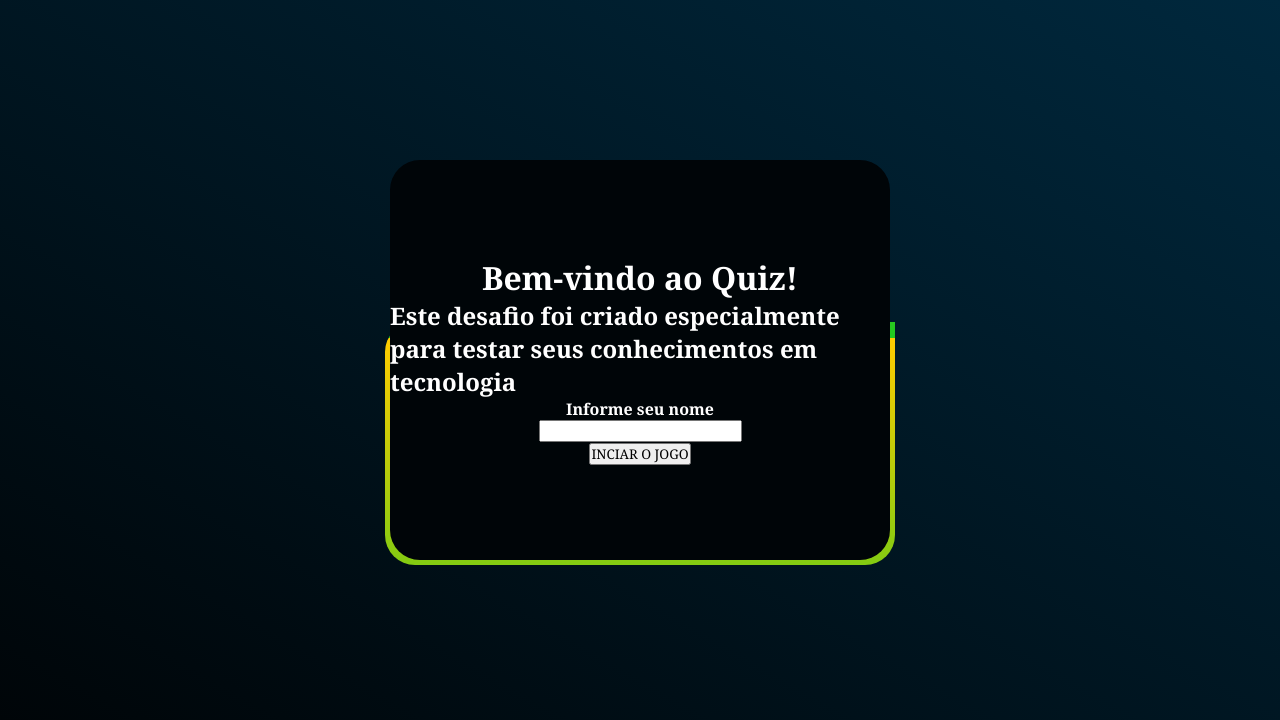
Repository: LaisSilvaO/Projeto-Quizz
Page: telas/apresentação.html
An editor plug-in stored every save of this project. The page is shown before and after the next save, followed by the edit.
The browser window is 1280 px wide. The pictures show the whole page.

Above is the page before, as saved 2024-12-25 21:06:10.

After the next save:
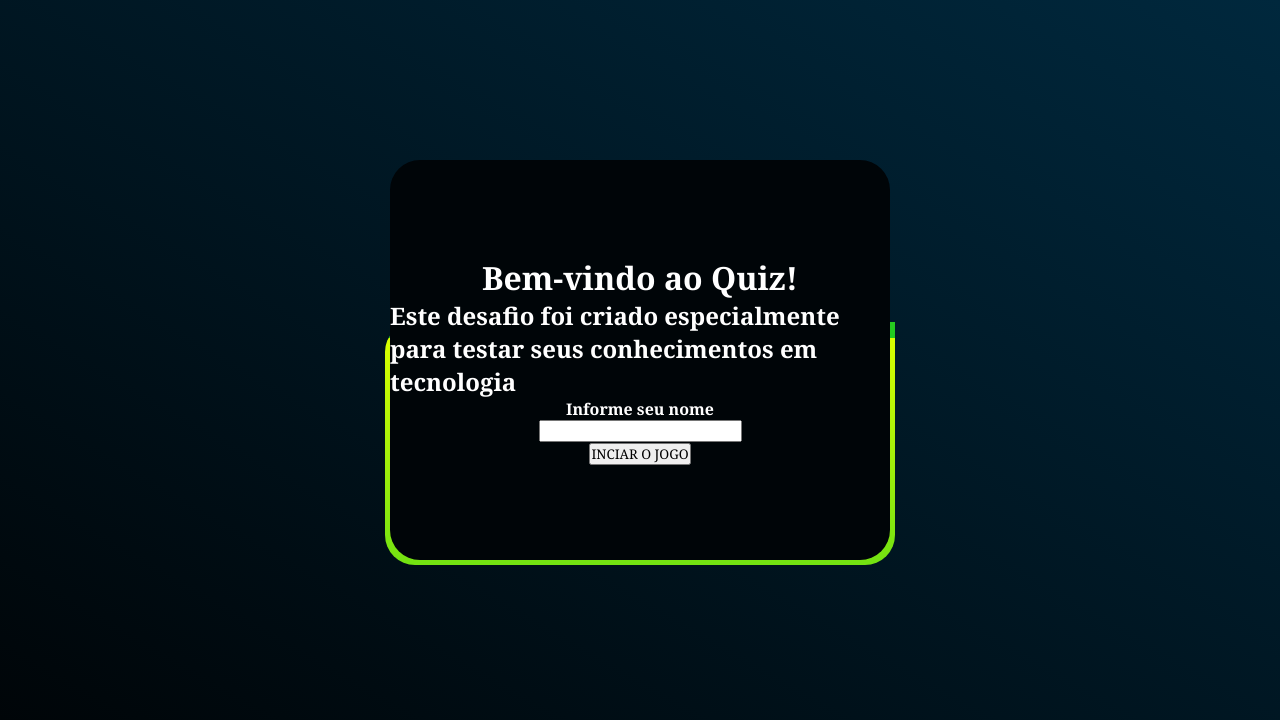
Saved 17 s later.
--- a/img/tela.css
+++ b/img/tela.css
@@ -62,7 +62,7 @@ main {
   height: 100%;
   border-radius: 30px;
   border: 16px solid transparent; /* Espessura da borda aumentada */
-  background-image: linear-gradient(360deg, #20ca20, #ffcc00);
+  background-image: linear-gradient(360deg, #20ca20, #d9ff00);
   background-size: 400%; /* Aumenta o tamanho da animação da borda */
   animation: borderAnimation 3s linear 3s infinite ;
   z-index: -1; /* Garante que a borda fique atrás do conteúdo */
